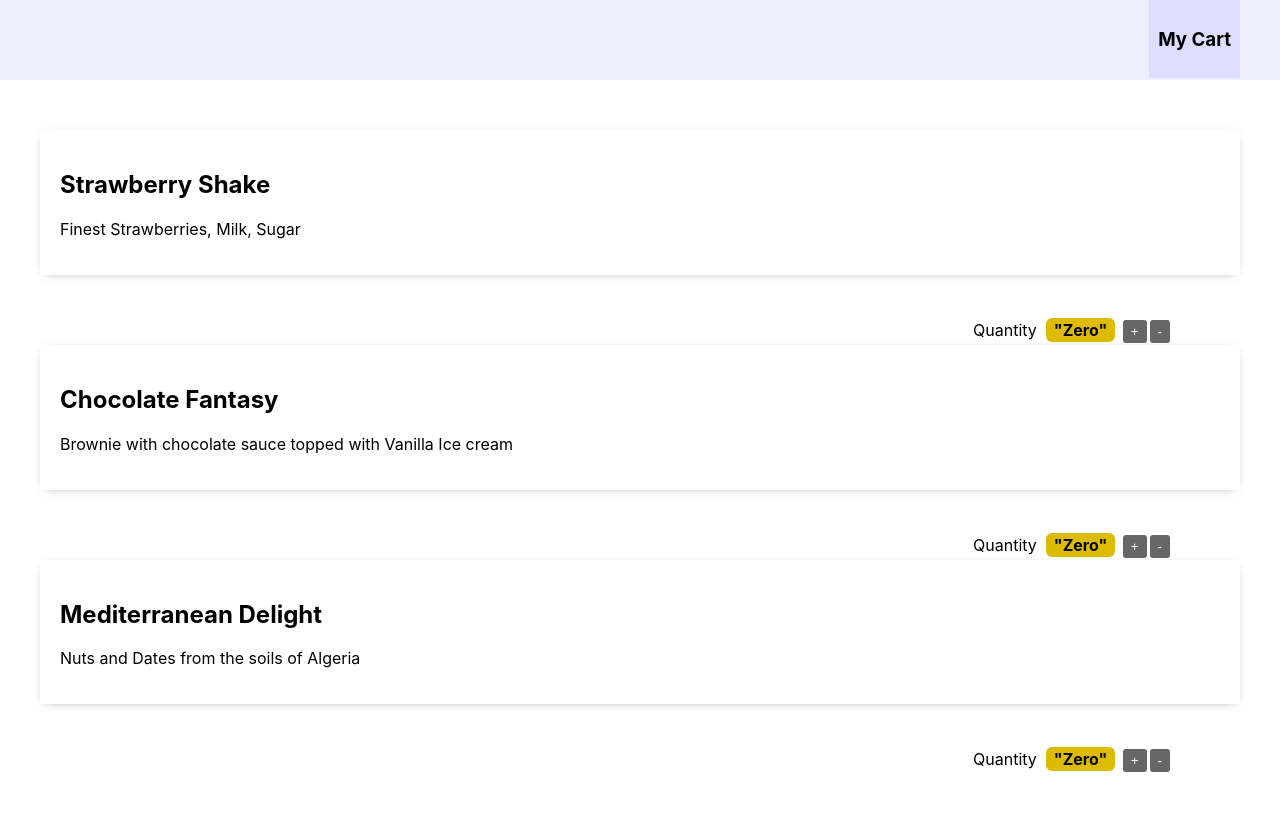
Repository: suhail-yazdan/shopping-cart-react
Page: /
An editor plug-in stored every save of this project. The page is shown before and after the next save, followed by the edit.
The browser window is 1280 px wide. The pictures show the whole page.
The project was rebuilt for these pictures with package versions that can differ from the ones it lists, and the page was loaded fresh each time.

Above is the page before, as saved 2023-10-05 15:43:01.

After the next save:
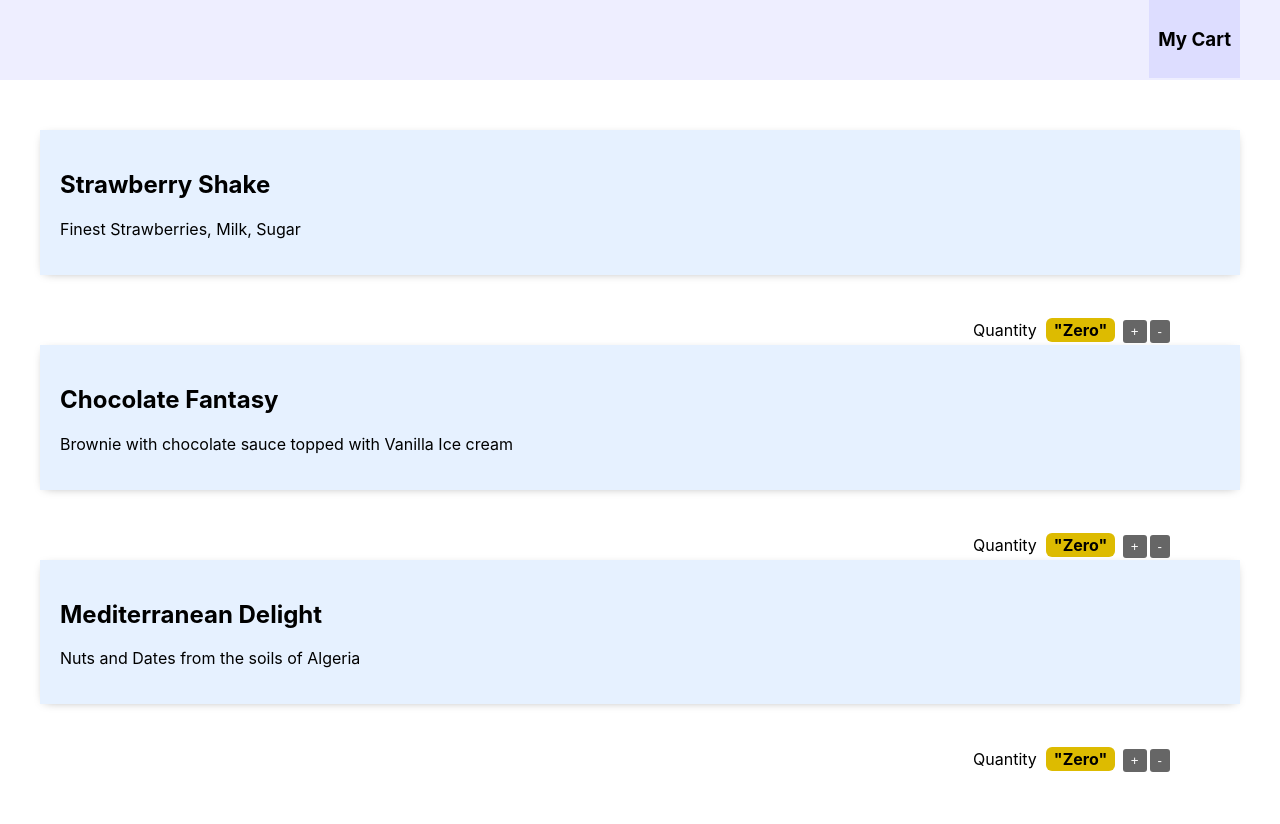
Saved 87 s later.
--- a/src/Card.jsx
+++ b/src/Card.jsx
@@ -3,7 +3,7 @@
 import "./cardstyle.css"
 
 const Card = (props) => {
-  const [cardSelected, setCardSelected] = useState(false)
+  const [cardSelected, setCardSelected] = useState(true)
 
   const getCardClass = () => {
     let cardClass = cardSelected === true ? "card selected" : "card deselected";

After the save that followed:
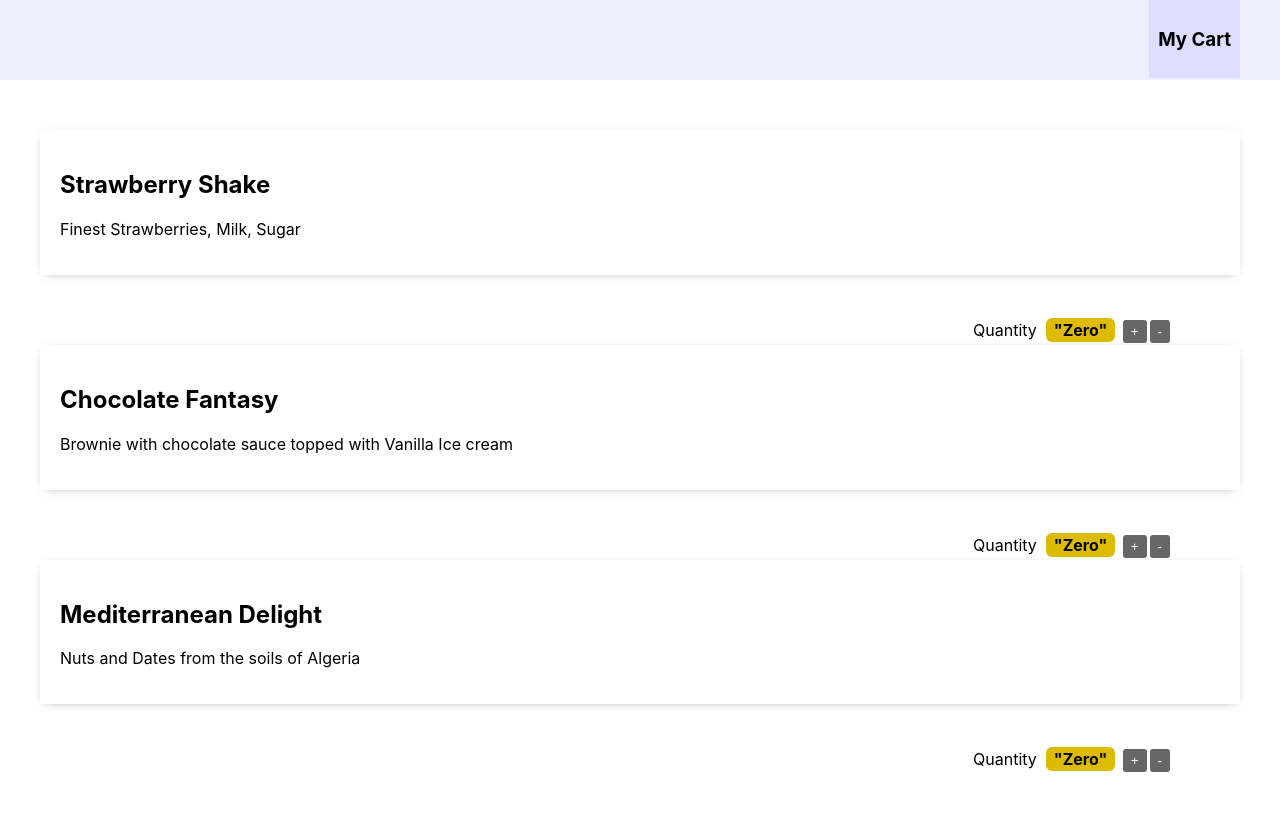
Saved 9 s later.
--- a/src/Card.jsx
+++ b/src/Card.jsx
@@ -3,7 +3,7 @@
 import "./cardstyle.css"
 
 const Card = (props) => {
-  const [cardSelected, setCardSelected] = useState(true)
+  const [cardSelected, setCardSelected] = useState(false)
 
   const getCardClass = () => {
     let cardClass = cardSelected === true ? "card selected" : "card deselected";
